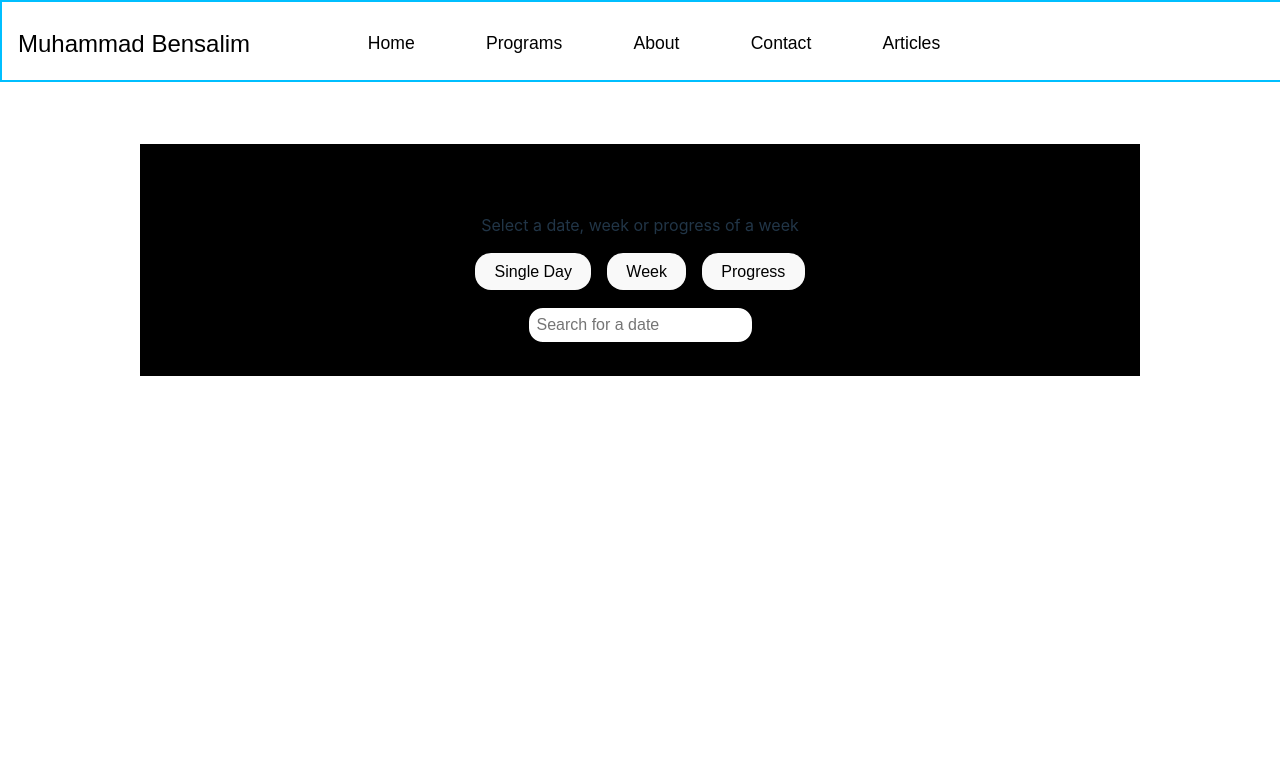
Repository: TMuse333/fitness_templates
Page: /progress, after clicking the first element matching `button.tracker-button`
These files come from the project's save history. The page is drawn as it stood at one moment and after the next save; the edit follows.
The browser window is 1280 px wide. The pictures show the whole page.
The project was rebuilt for these pictures with package versions that can differ from the ones it lists, and the page was loaded fresh each time. Also part of the build but not shown: vite.config.js, src/components/herobanner/herobanner.css, src/components/herobanner/herobanner.jsx, src/components/about/about.css, src/components/about/about.jsx, src/components/serviceOffering/serviceOffering.css, src/components/serviceOffering/serviceOffering.jsx, src/components/content/content.css and 37 more. Imported but missing from the stored project, and not drawn on this page: src/media/best_dunk.mp4.

Above is the page before, as saved 2024-03-14 18:40:47.

After the next save:
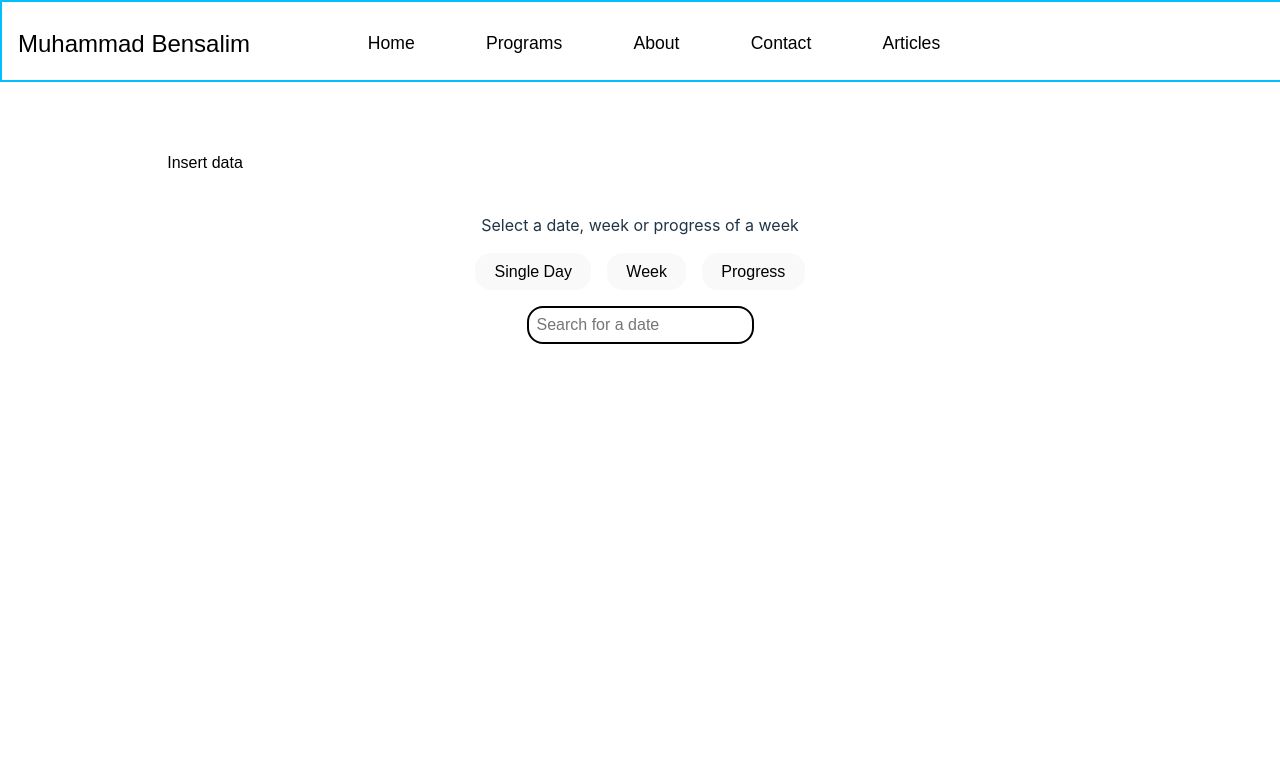
Saved 76 s later.
--- a/src/components/tracker/tracker.css
+++ b/src/components/tracker/tracker.css
@@ -9,7 +9,7 @@
     justify-content: center;
     position: absolute;
     top:20%;
-    background-color: black;
+    /* background-color: black; */
 
     max-width: 1000px;
 }
